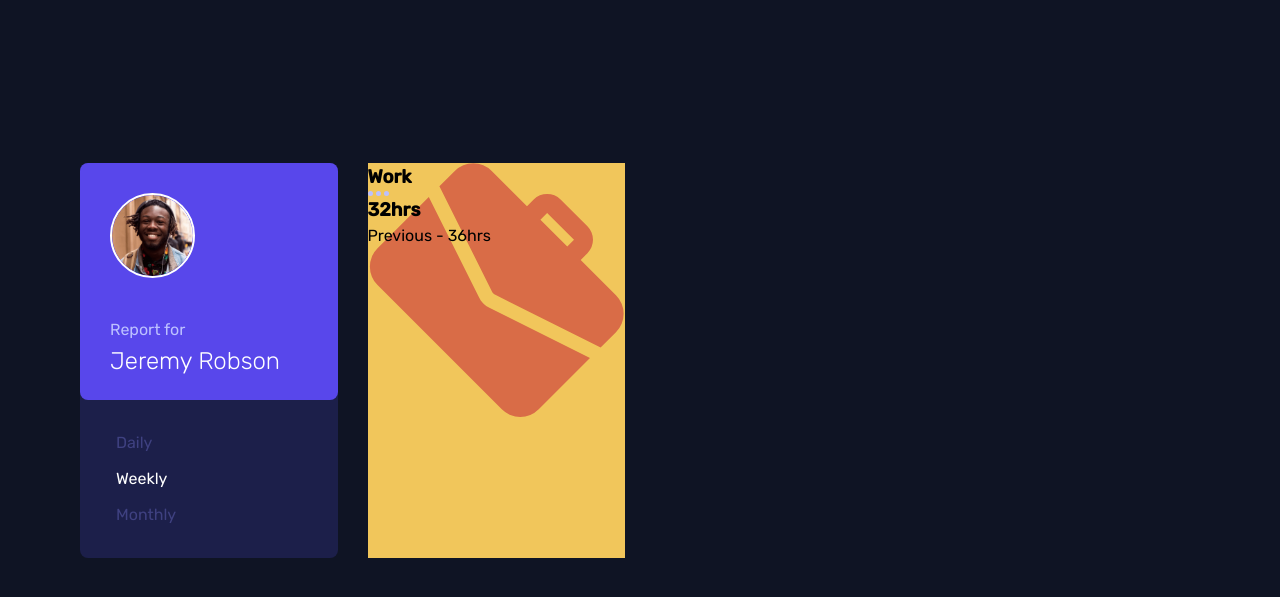
Repository: Akashiii1/WebTimeTracking_Day6
Page: index.html
These files come from the project's save history. The page is drawn as it stood at one moment and after the next save; the edit follows.
The browser window is 1280 px wide. The pictures show the whole page.

Above is the page before, as saved 2021-12-27 00:02:52.

After the next save:
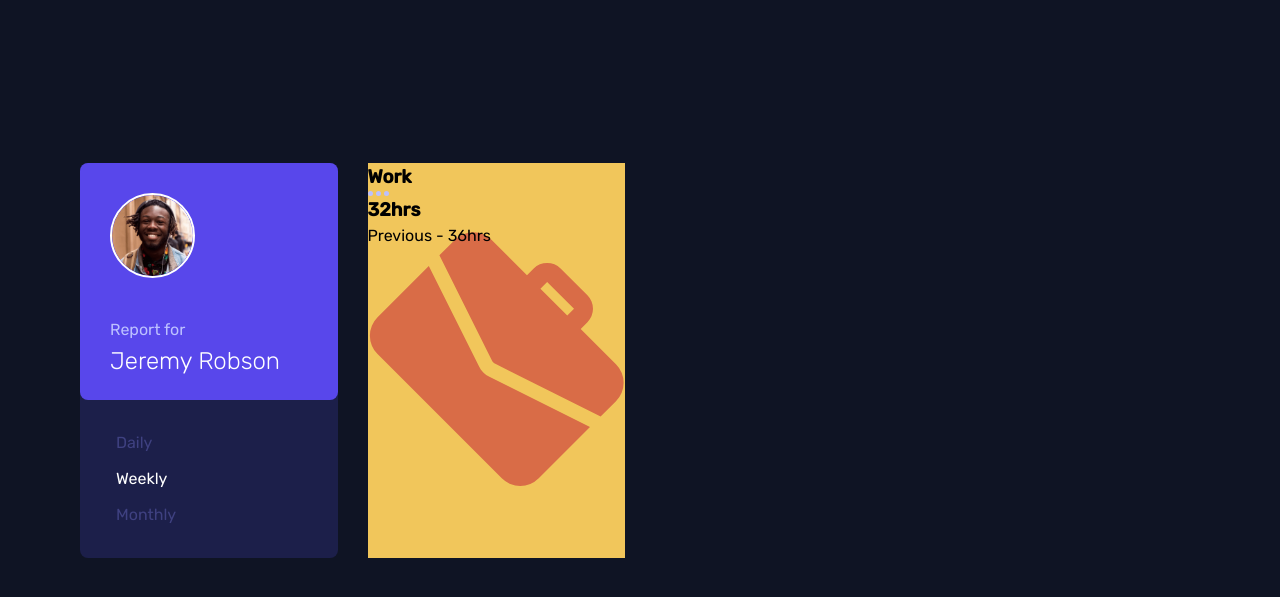
Saved 4 s later.
--- a/style.css
+++ b/style.css
@@ -112,7 +112,7 @@ button{
   color: #fff;
 }
 .work{
-  background: url(images/icon-work.svg) no-repeat right top/ contain ,var(--Softorange);
+  background: url(images/icon-work.svg) no-repeat right / contain ,var(--Softorange);
 }
 /* remove animation for people who've turned them off */
 @media (prefers-reduced-motion: reduce) {
